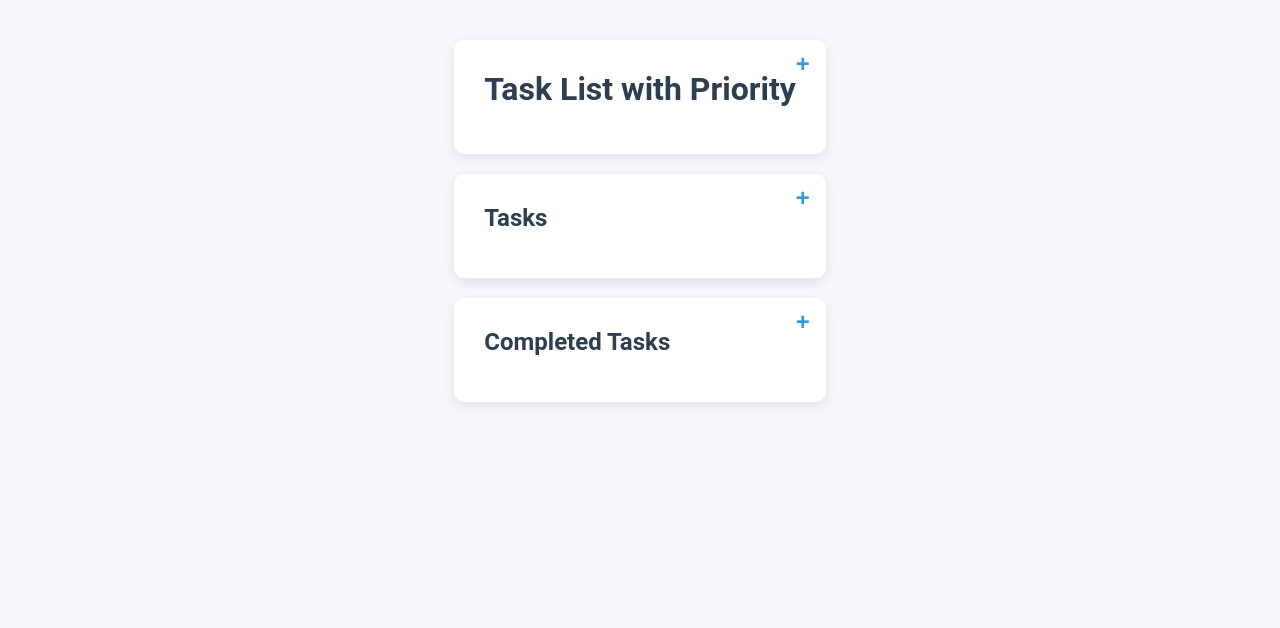
Repository: Lithium87/TaskList
Page: /
The author's editor kept a copy of each file at every save. The page is drawn from the files as they stood at one save, then again after the next save.
The browser window is 1280 px wide. The pictures show the whole page.
The project was rebuilt for these pictures with package versions that can differ from the ones it lists, and the page was loaded fresh each time. Also part of the build but not shown: vite.config.js.

Above is the page before, as saved 2025-07-08 16:12:09.

After the next save:
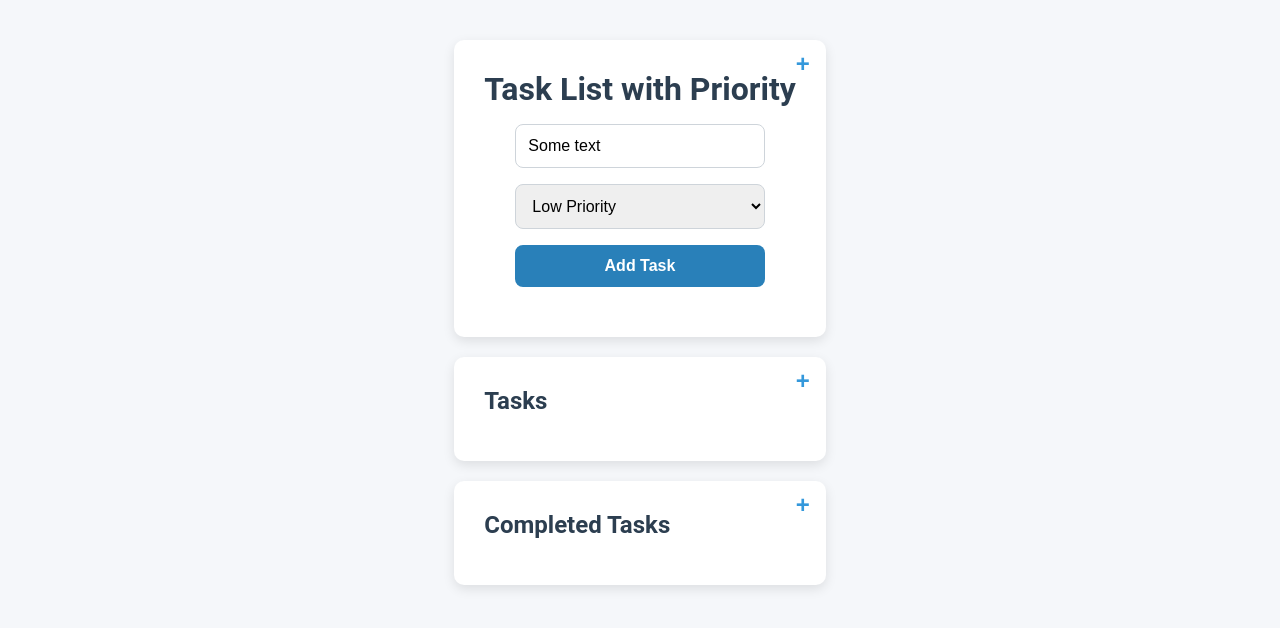
Saved 25 s later.
--- a/src/App.jsx
+++ b/src/App.jsx
@@ -4,6 +4,7 @@ function App () {
       <div className="task-container">
         <h1>Task List with Priority</h1>
         <button className="close-button">+</button>
+        <TaskForm />
       </div>
 
       <div className="task-container">
